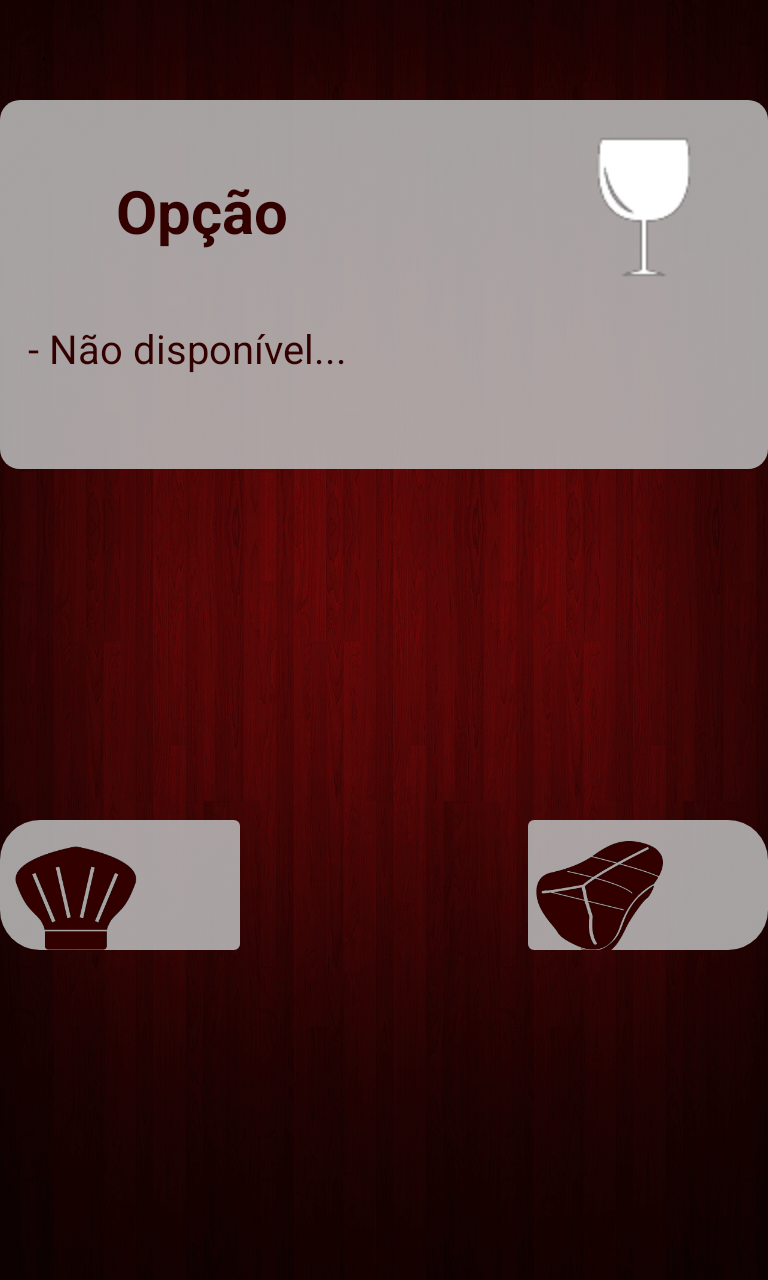
Repository: LuisFilipeDias/eMenu
Layout: SideMenuTutorial/res/layout/display_fragment.xml
An editor plug-in stored every save of this project. The layout is shown before and after the next save, followed by the edit.
It is drawn on a 768 x 1280 px phone screen (xhdpi) without system bars, with theme Theme.Sherlock; the app's code is not run.

Above is the layout before, as saved 2013-12-23 19:13:54.

After the next save:
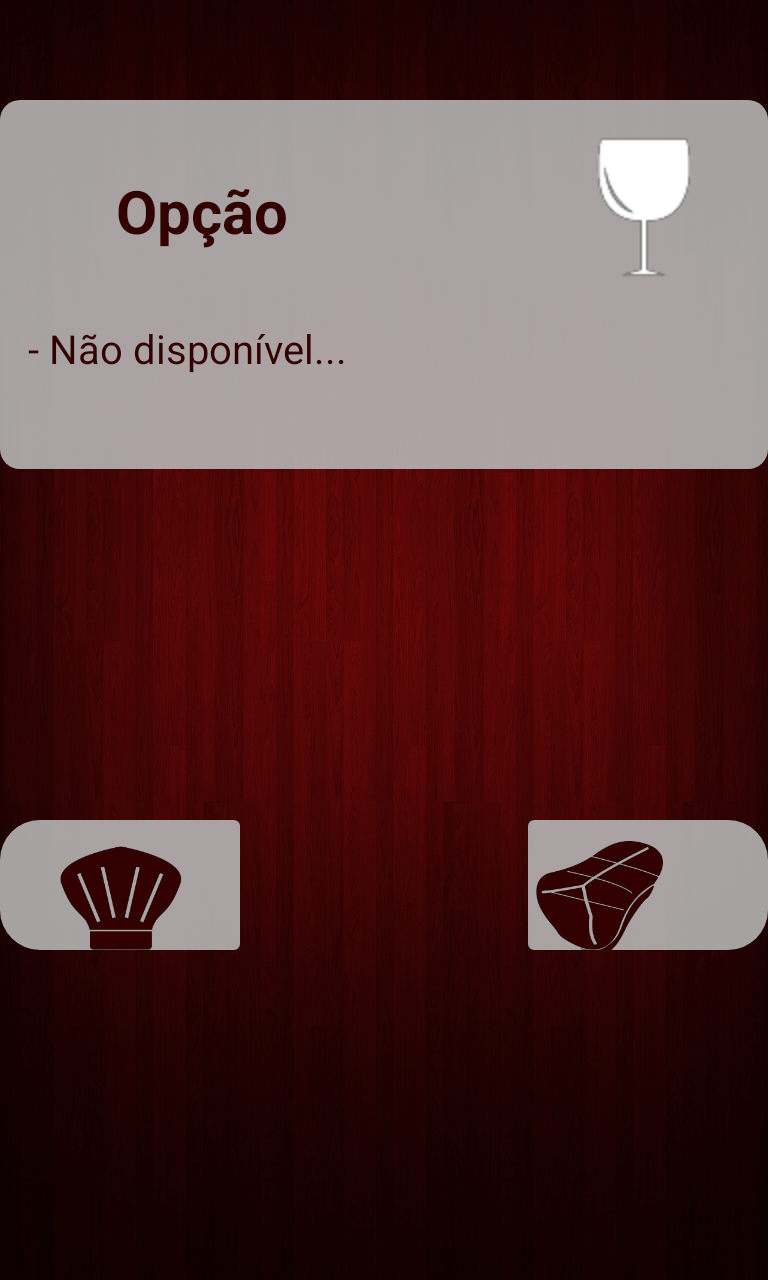
Saved 19 s later.
--- a/SideMenuTutorial/res/layout/display_fragment.xml
+++ b/SideMenuTutorial/res/layout/display_fragment.xml
@@ -143,6 +143,7 @@
                         android:id="@+id/txt_left_button"
                         android:layout_width="75dp"
                         android:layout_height="75dp"
+                        android:layout_gravity="center_horizontal|center_vertical"
                         android:background="@drawable/menu_big" />
 	            </LinearLayout>
         	</RelativeLayout>
